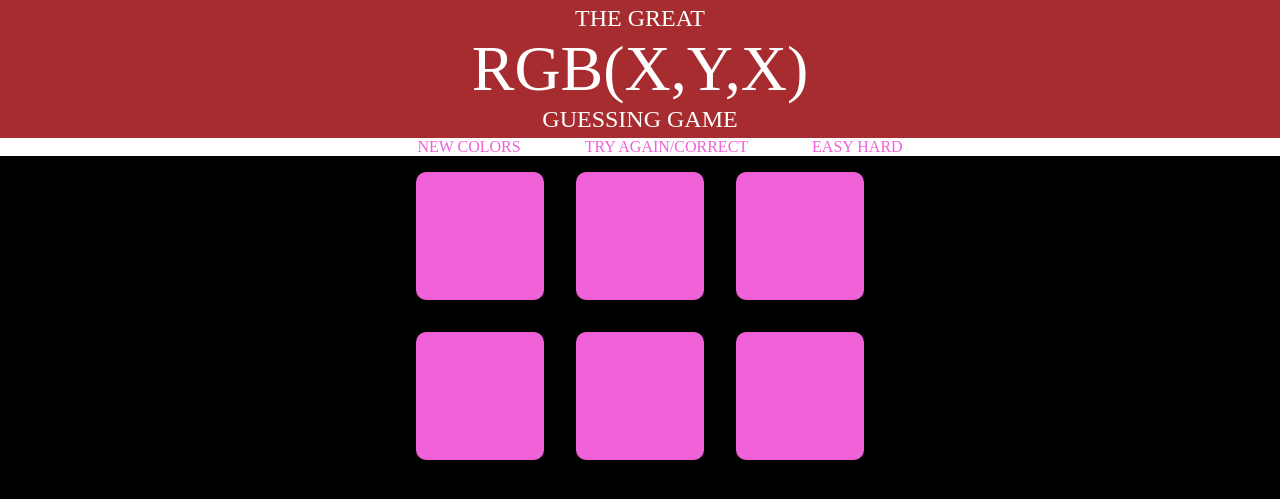
Repository: EEOOOO/javascript-projects
Page: rgbColorGameApp/index.html
An editor plug-in stored every save of this project. The page is shown before and after the next save, followed by the edit.
The browser window is 1280 px wide. The pictures show the whole page.
After loading, the first visible `div.playNewGameButton` was clicked once.

Above is the page before, as saved 2022-07-18 19:28:11.
Console error: TypeError: answer.toUpperCase is not a function

After the next save:
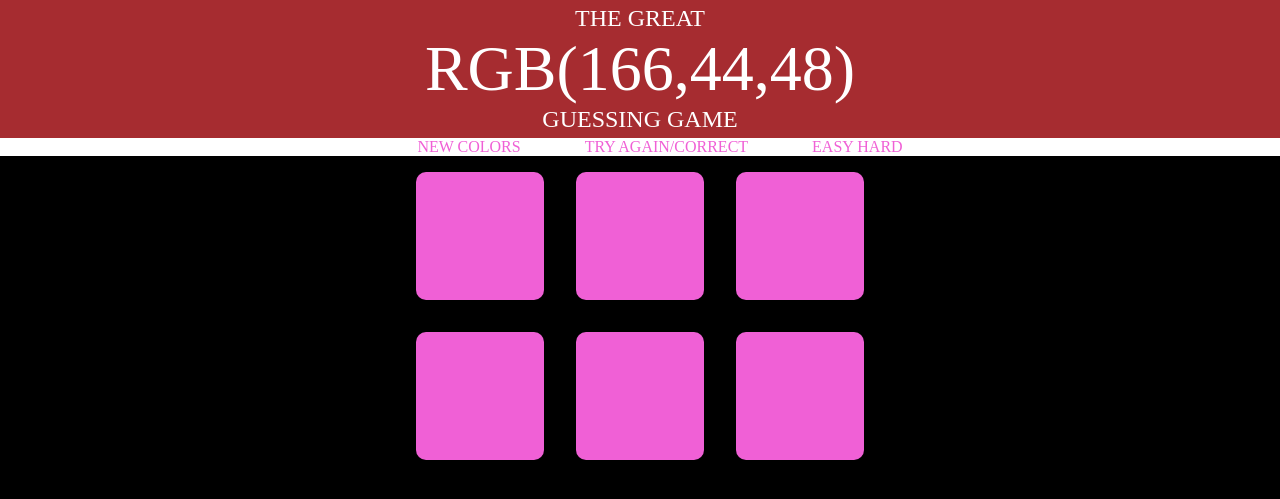
The error is gone.
Saved 50 s later.
--- a/rgbColorGameApp/rgbColorGame.js
+++ b/rgbColorGameApp/rgbColorGame.js
@@ -23,7 +23,7 @@ function initGame(){
     // 그 중 첫 번째가 정답 색 , rgbQuestion 글자 넣어주기
     let answer = randomColors[0];
     header.style.backgroundColor = answer;
-    rgbQuestion.textContent = answer.toUpperCase();
+    rgbQuestion.textContent = answer;
     // 그 중 마지막 색으로 헤더 색 변경
     let initHeaderColor = randomColors[-1];
 }
@@ -33,7 +33,7 @@ function makeRandomRGB(num){
         let r = getRandomArbitrary(1,255);
         let g = getRandomArbitrary(1,255);
         let b = getRandomArbitrary(1,255);
-        randomColors.push([`rgb(${r},${g},${b})`]);
+        randomColors.push([`RGB(${r},${g},${b})`]);
     }
     return randomColors;
 }
